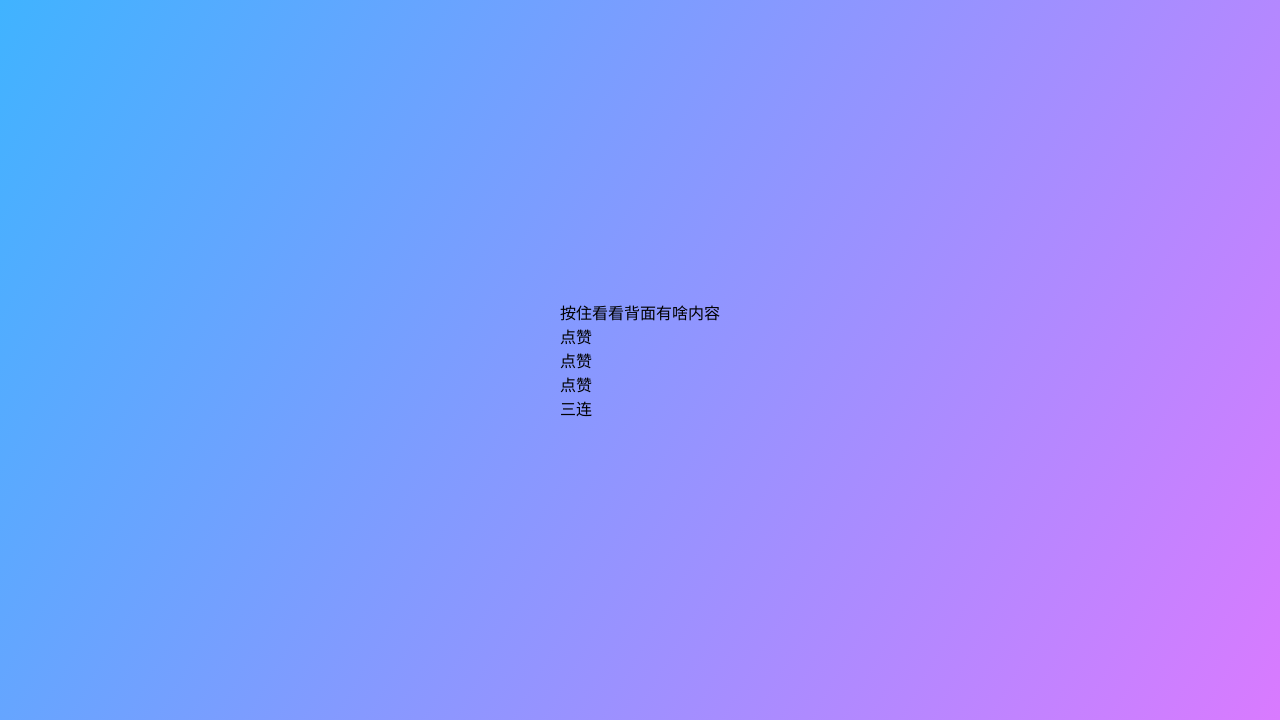
Repository: triumph-star/CSS-practice
Page: One CSS per day/overturn/index.html
These files come from the project's save history. The page is drawn as it stood at one moment and after a run of saves; the edit follows.
The browser window is 1280 px wide. The pictures show the whole page.

Above is the page before, as saved 2020-11-17 09:28:26.

### One CSS per day/overturn/index.html
<!DOCTYPE html>
<html lang="en">
<head>
  <meta charset="UTF-8">
  <meta name="viewport" content="width=device-width, initial-scale=1.0">
  <title>翻转卡片</title>
  <link href="./css.css" rel="stylesheet"></link>
</head>
<body>
  <div class="card">
    <!-- 卡片正面 -->
    <div class="card_front">
      <p>按住看看背面有啥内容</p>
    </div>
    <!-- 卡片背面 -->
    <div class="card_back">
      <p>点赞</p>
      <p>点赞</p>
      <p>点赞</p>
      <p>三连</p>
    </div>
  </div>
</body>
</html>

### One CSS per day/overturn/css.css
* {
  margin: 0;
  padding: 0;
  user-select: none;
}

body {
  perspective: 1600px;
  height: 100vh;
  width: 100%;
  display: flex;
  justify-content: center;
  align-items: center;
  background-image: linear-gradient(120deg,#40b3ff,#d97aff);
}

.card{
  position: relative;
  transform-style: preserve-3d;
}

After the next 9 saves:
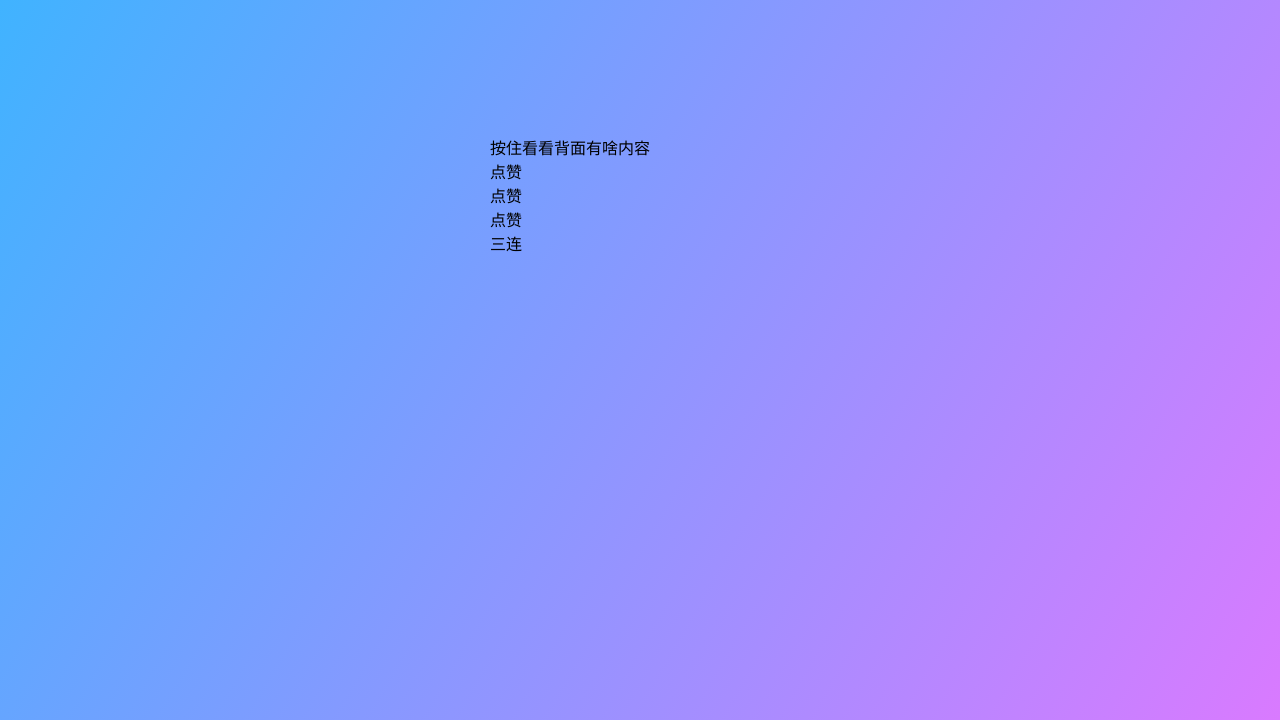
The 9 saves are shown as one change because they came seconds apart.
The last was saved 22 s later.
--- a/One CSS per day/overturn/css.css
+++ b/One CSS per day/overturn/css.css
@@ -17,4 +17,8 @@ body {
 .card{
   position: relative;
   transform-style: preserve-3d;
+  width: 300px;
+  height: 450px;
+  cursor: pointer;
+  box-shadow: ;
 }
